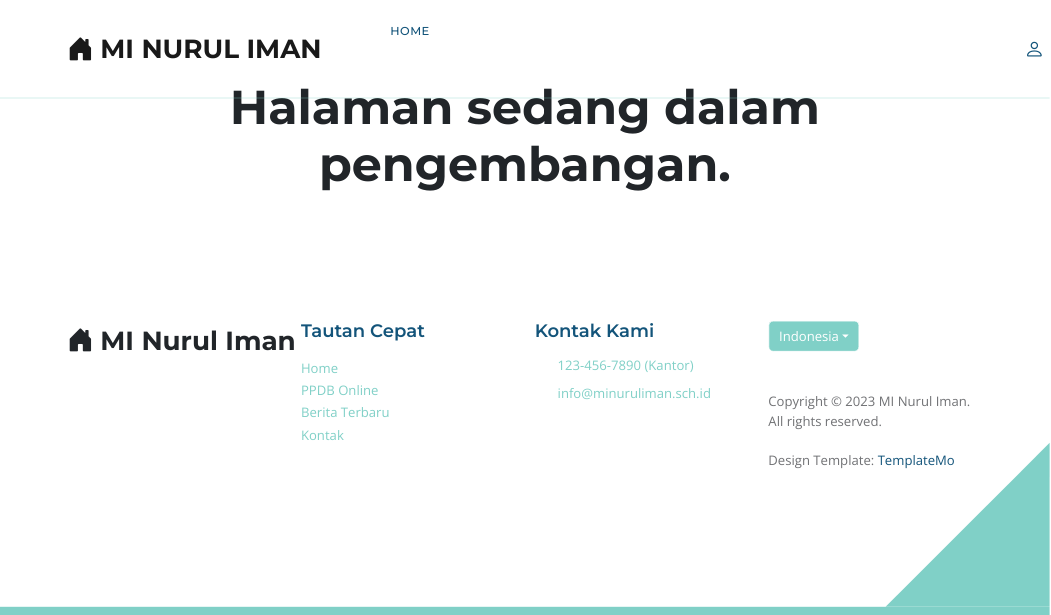
Repository: MKennyChaniago/sekolah-mi-nurul-iman
Page: http://localhost/kesiswaan
The author's editor kept a copy of each file at every save. The page is drawn from the files as they stood at one save, then again after the next save.
The browser window is 1280 px wide. The page is 1282 px wide, so the pictures cover 1282 px, including what lies to the right of the window. The pictures show the whole page, at 82% of full size.
The page is served by the project's Laravel application, run on PHP 8.4 with Laravel 12. Other server files are loaded and not shown.

Above is the page before, as saved 2025-11-24 08:48:09.
Console error: TypeError: Cannot read properties of undefined (reading 'top')

### routes/web.php
<?php

use Illuminate\Support\Facades\Route;
use App\Http\Controllers\HomeController;
// Anda mungkin akan membuat Controller baru, contohnya:
// use App\Http\Controllers\ProfileController;

// --- A. ROUTE FRONTEND (MI NURUL IMAN) ---

// 1. HOME
Route::get('/', [HomeController::class, 'index'])->name('home');

// 2. PROFIL (Menggunakan grup untuk submenu)
Route::prefix('profil')->group(function () {
    Route::get('/sejarah', function () { return view('profil.sejarah'); })->name('profil.sejarah');
    Route::get('/visi-misi', function () { return view('profil.visi_misi'); })->name('profil.visi_misi');
    Route::get('/struktur-organisasi', function () { return view('profil.struktur'); })->name('profil.struktur');
});

// 3. KESISWAAN
Route::get('/kesiswaan', function () { return view('kesiswaan.index'); })->name('kesiswaan');

// 4. BERITA & ARTIKEL
// Listing Berita Utama
Route::get('/berita', function () { return view('berita.listing'); })->name('berita.listing');
// Detail Berita dengan parameter dinamis (slug)
Route::get('/berita/{slug}', function ($slug) { return view('berita.detail', compact('slug')); })->name('berita.detail');

// 5. AKADEMIK (Menggunakan grup untuk submenu)
Route::prefix('akademik')->group(function () {
    Route::get('/kurikulum', function () { return view('akademik.kurikulum'); })->name('akademik.kurikulum');
    Route::get('/guru-staff', function () { return view('akademik.guru_staff'); })->name('akademik.guru_staff');
    Route::get('/produk-hukum', function () { return view('akademik.produk_hukum'); })->name('akademik.produk_hukum');
});

// 6. GALERI
Route::get('/galeri', function () { return view('galeri.index'); })->name('galeri');

// 7. KONTAK MANDIRI (Formulir Kontak)
Route::get('/kontak', function () { return view('kontak'); })->name('kontak');


// --- B. ROUTE BACKEND (ADMIN) ---

// 8. ADMIN LOGIN
Route::get('/admin/login', function () {
    return view('admin.login');
})->name('admin.login');

### resources/views/kesiswaan/index.blade.php
@extends('layouts.frontend')
@section('title', 'Nama Halaman Disini')
@section('content')
    <div class="container py-5 mt-5">
        <h1 class="text-center">Halaman sedang dalam pengembangan.</h1>
    </div>
@endsection

### resources/views/layouts/frontend.blade.php
<!doctype html>
<html lang="id">
    <head>
        <meta charset="utf-8">
        <meta name="viewport" content="width=device-width, initial-scale=1">

        <meta name="description" content="Website Resmi Madrasah Ibtidaiyah Nurul Iman. Informasi PPDB, Kurikulum, dan Kegiatan Siswa.">
        <meta name="author" content="MI Nurul Iman Developer Team">

        <title>MI Nurul Iman | @yield('title', 'Beranda')</title>

        <link rel="preconnect" href="https://fonts.googleapis.com">
        <link rel="preconnect" href="https://fonts.gstatic.com" crossorigin>

        <link href="https://fonts.googleapis.com/css2?family=Montserrat:wght@500;600;700&family=Open+Sans&display=swap" rel="stylesheet">

        <link href="{{ asset('css/bootstrap.min.css') }}" rel="stylesheet">
        <link href="{{ asset('css/bootstrap-icons.css') }}" rel="stylesheet">
        <link href="{{ asset('css/templatemo-topic-listing.css') }}" rel="stylesheet">

        @yield('styles')
    </head>

    <body id="top">

        <main>

            <nav class="navbar navbar-expand-lg">
                <div class="container">
                    <a class="navbar-brand" href="{{ route('home') }}">
                        <i class="bi-house-door-fill"></i>
                        <span>MI NURUL IMAN</span>
                    </a>

                    <div class="d-lg-none ms-auto me-4">
                        <a href="{{ route('admin.login') }}" class="navbar-icon bi-person smoothscroll" title="Login Admin"></a>
                    </div>

                    <button class="navbar-toggler" type="button" data-bs-toggle="collapse" data-bs-target="#navbarNav" aria-controls="navbarNav" aria-expanded="false" aria-label="Toggle navigation">
                        <span class="navbar-toggler-icon"></span>
                    </button>

                    <div class="collapse navbar-collapse" id="navbarNav">
                        <ul class="navbar-nav ms-lg-5 me-lg-auto">

                            <li class="nav-item">
                                <a class="nav-link click-scroll" href="{{ route('home') }}">HOME</a>
                            </li>

                            <li class="nav-item dropdown">
                                <a class="nav-link dropdown-toggle" href="#" id="profilDropdown" role="button" data-bs-toggle="dropdown" aria-expanded="false">PROFIL</a>
                                <ul class="dropdown-menu dropdown-menu-light" aria-labelledby="profilDropdown">
                                    <li><a class="dropdown-item" href="{{ route('profil.sejarah') }}">Sejarah Madrasah</a></li>
                                    <li><a class="dropdown-item" href="{{ route('profil.visi_misi') }}">Visi & Misi</a></li>
                                    <li><a class="dropdown-item" href="{{ route('profil.struktur') }}">Struktur Organisasi</a></li>
                                </ul>
                            </li>

                            <li class="nav-item">
                                <a class="nav-link click-scroll" href="{{ route('kesiswaan') }}">KESISWAAN</a>
                            </li>

                            <li class="nav-item">
                                <a class="nav-link click-scroll" href="{{ route('berita.listing') }}">BERITA & ARTIKEL</a>
                            </li>

                            <li class="nav-item dropdown">
                                <a class="nav-link dropdown-toggle" href="#" id="akademikDropdown" role="button" data-bs-toggle="dropdown" aria-expanded="false">AKADEMIK</a>
                                <ul class="dropdown-menu dropdown-menu-light" aria-labelledby="akademikDropdown">
                                    <li><a class="dropdown-item" href="{{ route('akademik.kurikulum') }}">Kurikulum</a></li>
                                    <li><a class="dropdown-item" href="{{ route('akademik.guru_staff') }}">Guru & Staff</a></li>
                                    <li><a class="dropdown-item" href="{{ route('akademik.produk_hukum') }}">Produk Hukum</a></li>
                                </ul>
                            </li>

                            <li class="nav-item">
                                <a class="nav-link click-scroll" href="{{ route('galeri') }}">GALERI</a>
                            </li>

                            <li class="nav-item">
                                <a class="nav-link click-scroll" href="{{ route('kontak') }}">KONTAK</a>
                            </li>

                        </ul>

                        <div class="d-none d-lg-block">
                            <a href="{{ route('admin.login') }}" class="navbar-icon bi-person smoothscroll" title="Login Admin"></a>
                        </div>
                    </div>
                </div>
            </nav>
            @yield('content')


        </main>

        <footer class="site-footer section-padding">
            <div class="container">
                <div class="row">

                    <div class="col-lg-3 col-12 mb-4 pb-2">
                        <a class="navbar-brand mb-2" href="{{ route('home') }}">
                            <i class="bi-house-door-fill"></i>
                            <span>MI Nurul Iman</span>
                        </a>
                        <p class="text-white-50 mt-3">Jl. Nama Jalan Sekolah Anda, Kota Anda.</p>
                        <p class="text-white-50">Email: info@minuruliman.sch.id</p>
                    </div>

                    <div class="col-lg-3 col-md-4 col-6">
                        <h6 class="site-footer-title mb-3">Tautan Cepat</h6>
                        <ul class="site-footer-links">
                            <li class="site-footer-link-item"><a href="{{ route('home') }}" class="site-footer-link">Home</a></li>
                            <li class="site-footer-link-item"><a href="#" class="site-footer-link">PPDB Online</a></li>
                            <li class="site-footer-link-item"><a href="#berita-artikel" class="site-footer-link">Berita Terbaru</a></li>
                            <li class="site-footer-link-item"><a href="#contact-section" class="site-footer-link">Kontak</a></li>
                        </ul>
                    </div>

                    <div class="col-lg-3 col-md-4 col-6 mb-4 mb-lg-0">
                        <h6 class="site-footer-title mb-3">Kontak Kami</h6>
                        <p class="text-white d-flex mb-1">
                            <i class="bi-telephone me-2"></i>
                            <a href="tel: 123-456-7890" class="site-footer-link">123-456-7890 (Kantor)</a>
                        </p>
                        <p class="text-white d-flex">
                            <i class="bi-envelope me-2"></i>
                            <a href="mailto:info@minuruliman.sch.id" class="site-footer-link">info@minuruliman.sch.id</a>
                        </p>
                    </div>

                    <div class="col-lg-3 col-md-4 col-12 mt-4 mt-lg-0 ms-auto">
                        <div class="dropdown">
                            <button class="btn btn-secondary dropdown-toggle" type="button" data-bs-toggle="dropdown" aria-expanded="false">
                            Indonesia</button>
                            <ul class="dropdown-menu">
                                <li><button class="dropdown-item" type="button">English</button></li>
                            </ul>
                        </div>

                        <p class="copyright-text mt-lg-5 mt-4">Copyright © {{ date('Y') }} MI Nurul Iman. All rights reserved.
                        <br><br>Design Template: <a rel="nofollow" href="https://templatemo.com" target="_blank">TemplateMo</a></p>

                    </div>

                </div>
            </div>
        </footer>


        <script src="{{ asset('js/jquery.min.js') }}"></script>
        <script src="{{ asset('js/bootstrap.bundle.min.js') }}"></script>
        <script src="{{ asset('js/jquery.sticky.js') }}"></script>
        <script src="{{ asset('js/click-scroll.js') }}"></script>
        <script src="{{ asset('js/custom.js') }}"></script>

        @yield('scripts')
    </body>
</html>

Loaded but not shown: public/css/bootstrap.min.css (library); public/css/bootstrap-icons.css (library); public/js/jquery.min.js (library); public/js/bootstrap.bundle.min.js (library); public/js/jquery.sticky.js (library); public/js/custom.js (51 lines, source omitted); public/js/click-scroll.js (37 lines, source omitted); public/css/templatemo-topic-listing.css (1154 lines, source omitted)

After the next save:
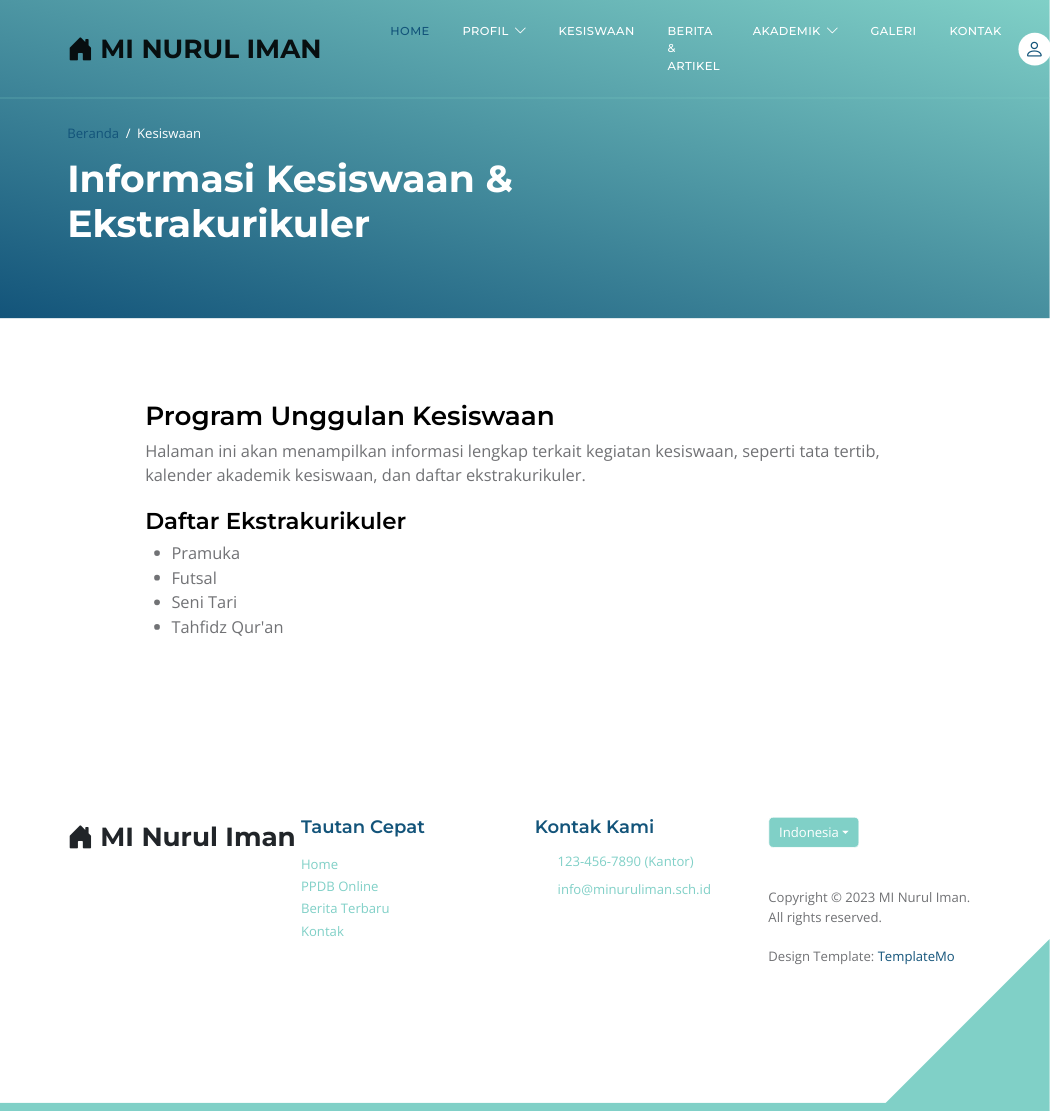
Saved 24 s later.
--- a/resources/views/kesiswaan/index.blade.php
+++ b/resources/views/kesiswaan/index.blade.php
@@ -1,7 +1,40 @@
 @extends('layouts.frontend')
-@section('title', 'Nama Halaman Disini')
+
+@section('title', 'Kesiswaan')
+
 @section('content')
-    <div class="container py-5 mt-5">
-        <h1 class="text-center">Halaman sedang dalam pengembangan.</h1>
-    </div>
+    <header class="site-header d-flex flex-column justify-content-center align-items-center">
+        <div class="container">
+            <div class="row align-items-center">
+                <div class="col-lg-8 col-12">
+                    <nav aria-label="breadcrumb">
+                        <ol class="breadcrumb">
+                            <li class="breadcrumb-item"><a href="{{ route('home') }}">Beranda</a></li>
+                            <li class="breadcrumb-item active" aria-current="page">Kesiswaan</li>
+                        </ol>
+                    </nav>
+                    <h2 class="text-white">Informasi Kesiswaan & Ekstrakurikuler</h2>
+                </div>
+            </div>
+        </div>
+    </header>
+
+    <section class="section-padding">
+        <div class="container">
+            <div class="row">
+                <div class="col-lg-10 col-12 mx-auto">
+                    <h3>Program Unggulan Kesiswaan</h3>
+                    <p>Halaman ini akan menampilkan informasi lengkap terkait kegiatan kesiswaan, seperti tata tertib, kalender akademik kesiswaan, dan daftar ekstrakurikuler.</p>
+
+                    <h4 class="mt-4">Daftar Ekstrakurikuler</h4>
+                    <ul>
+                        <li>Pramuka</li>
+                        <li>Futsal</li>
+                        <li>Seni Tari</li>
+                        <li>Tahfidz Qur'an</li>
+                    </ul>
+                </div>
+            </div>
+        </div>
+    </section>
 @endsection
